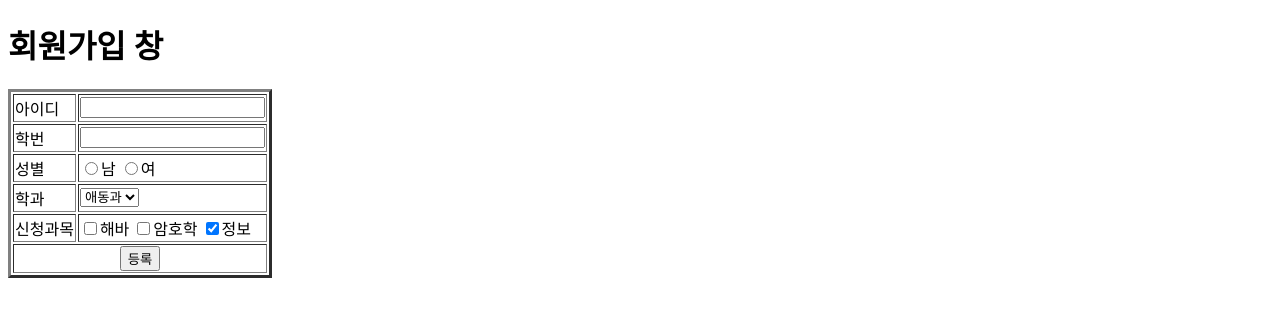
Repository: i-kemen/jsp
Page: http://localhost/WebTest/memeber.jsp
These files come from the project's save history. The page is drawn as it stood at one moment and after the next save; the edit follows.
The browser window is 1280 px wide. The pictures show the whole page.
The page is served by Tomcat 10. Other server files are loaded and not shown.

Above is the page before, as saved 2023-06-22 05:18:35.

### WebTest/src/main/webapp/memeber.jsp
<%@ page language="java" contentType="text/html; charset=EUC-KR"
    pageEncoding="EUC-KR"%>
<!DOCTYPE html>
<html>
<head>
<meta charset="EUC-KR">
<title>Insert title here</title>
</head>
<body>
<h1>회원가입 창</h1>
    <form action="memberProc.jsp" methos="post">
    <table border="3">
    <tr>
    <td> 아이디</td>
    <td><input type ="text" name="name"> </td>
    </tr>

   <tr>
   <td>학번 </td>
   <td><input type ="text" name="sid"> </td>
   </tr>

    <tr>

   <td>성별</td>
    <td> <input type ="radio" name="sex" value="man">남
    <input type ="radio" name="sex" value="woman">여 </td>

    </tr>

    <tr>

   <td>학과</td>

     <td> <select name="hak"><option value="애동과"  > 애동과</option>
     <option value="컴공과"> 컴공과 </option>
     <option value="보안과" seleted > 보안과 </option> </select>
     </td>

     </tr>

     <tr>



   <td>신청과목</td>

   <td><input type ="checkbox" name="class" value="해바">해바
   <input type ="checkbox" name="class" value="암호학">암호학
   <input type ="checkbox" name="class" value="정보보안" checked>정보
   </td>

    </tr>

    <tr>

    <td colspan ="2"> <center><input type="submit" value="등록"> </center>  </td>
    </tr>

    </table>
    </form>
</body>
</html>

After the next save:
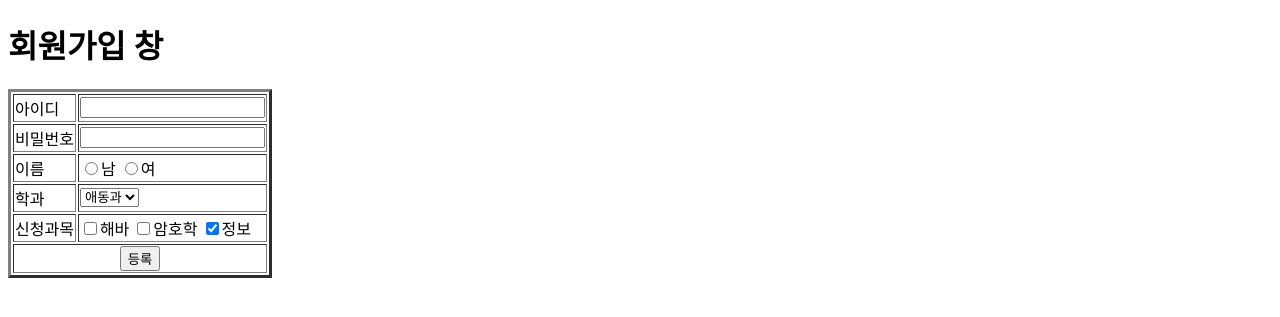
Saved 19 s later.
--- a/WebTest/src/main/webapp/memeber.jsp
+++ b/WebTest/src/main/webapp/memeber.jsp
@@ -12,17 +12,17 @@
     <table border="3">
     <tr>
     <td> 아이디</td>
-    <td><input type ="text" name="name"> </td>
+    <td><input type ="text" name="id"> </td>
     </tr>
 
    <tr>
-   <td>학번 </td>
-   <td><input type ="text" name="sid"> </td>
+   <td>비밀번호 </td>
+   <td><input type ="text" name="password"> </td>
    </tr>
 
     <tr>
 
-   <td>성별</td>
+   <td>이름</td>
     <td> <input type ="radio" name="sex" value="man">남
     <input type ="radio" name="sex" value="woman">여 </td>
 
